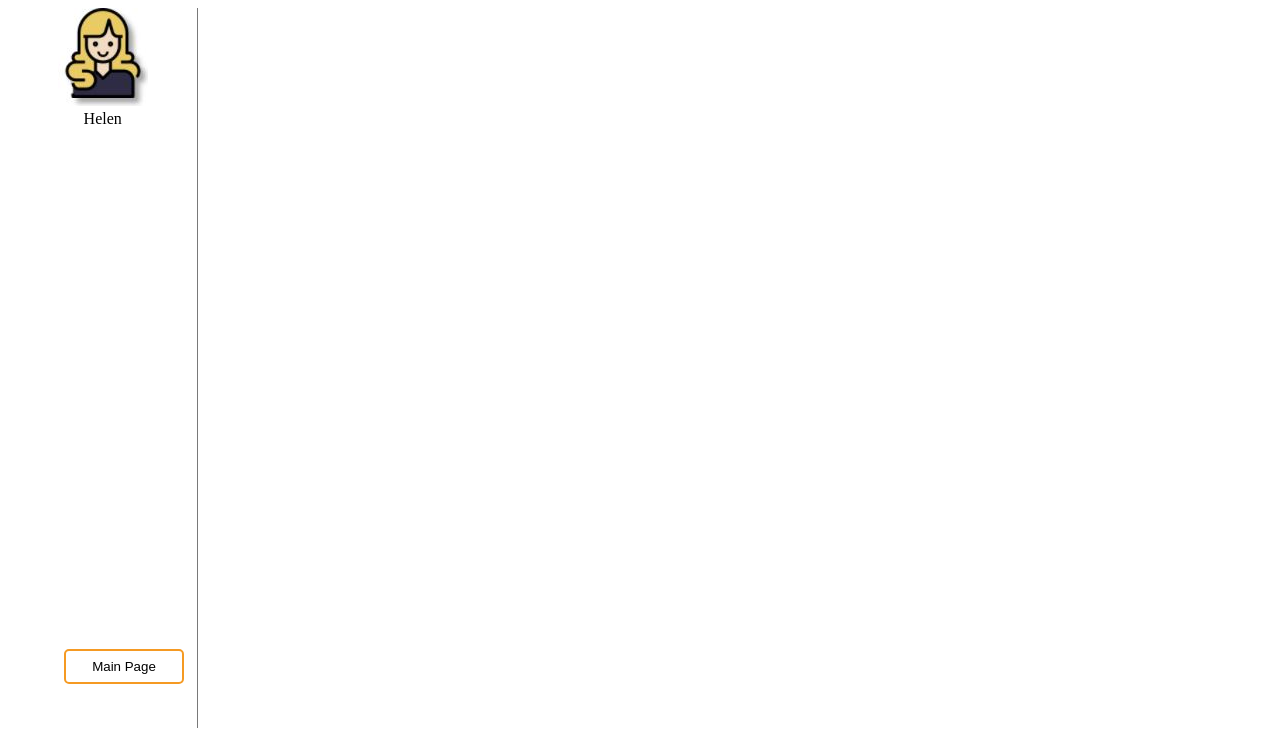
Repository: Team-Extrememe/Online-Study-Room
Page: profile.html
An editor plug-in stored every save of this project. The page is shown before and after the next save, followed by the edit.
The browser window is 1280 px wide. The pictures show the whole page.
The pointer rests on the first visible `.main_button`.

Above is the page before, as saved 2021-10-17 13:54:47.

### profile.html
<!DOCTYPE html>
<html lang="en">
<head>
    <meta charset="UTF-8">
    <meta http-equiv="X-UA-Compatible" content="IE=edge">
    <meta name="viewport" content="width=device-width, initial-scale=1.0">
    <link rel="stylesheet" href="css/profile.css">
    <title>My Profile</title>
</head>
<body>
    <div class="flex_container">
        <div class="flex_left">
            <div class="group">
                <img src="Images/profile_icon.JPG" alt="profile_icon">
                <span class="user_name">Helen</span>
            </div>
            <button class="main_button">Main Page</button>
        </div>
        <div class="flex_right">

        </div>
    </div>

</body>
</html>

### css/profile.css
.flex_container{
    display: flex;
    flex-direction: row;
}

.flex_left{
    width: 15%;
    height: 100vh;
    border-right: 1px solid rgb(121,121,121);
    text-align: center;
}

.flex_right{
    width: 85%;
    height: 100vh;
}

.group{
    vertical-align: top;
    display: inline-block;
    text-align: center;
    width: 120px;
    margin: 0 auto;
}

.user_name{
    display: block;
}

.main_button{
    position: absolute;
    bottom: 5%;
    left: 5%;
    width: 120px;
    height: 35px;
    background-color: white;
    border: 2px solid #f59a23;
    border-radius: 5px;
    cursor: pointer;
}

After the next save:
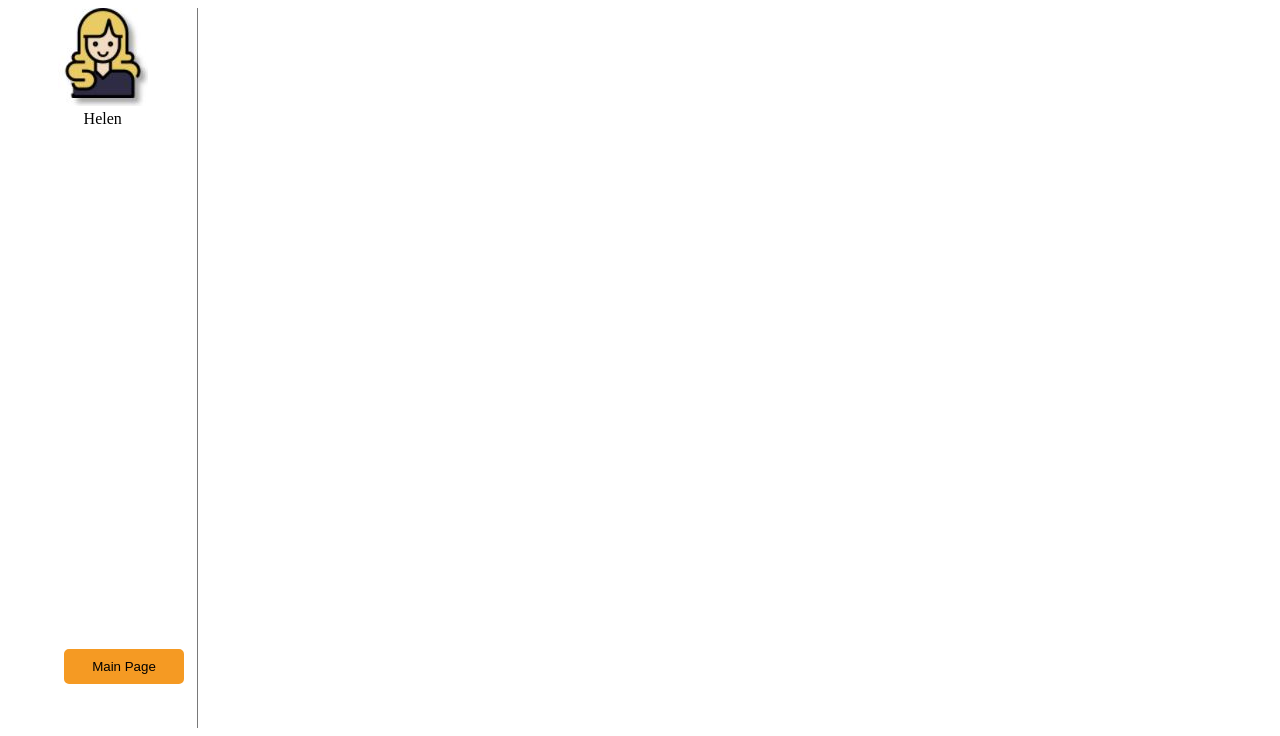
Saved 54 s later.
--- a/css/profile.css
+++ b/css/profile.css
@@ -38,3 +38,7 @@
     border-radius: 5px;
     cursor: pointer;
 }
+
+.main_button:hover{
+    background-color: #f59a23;
+}
